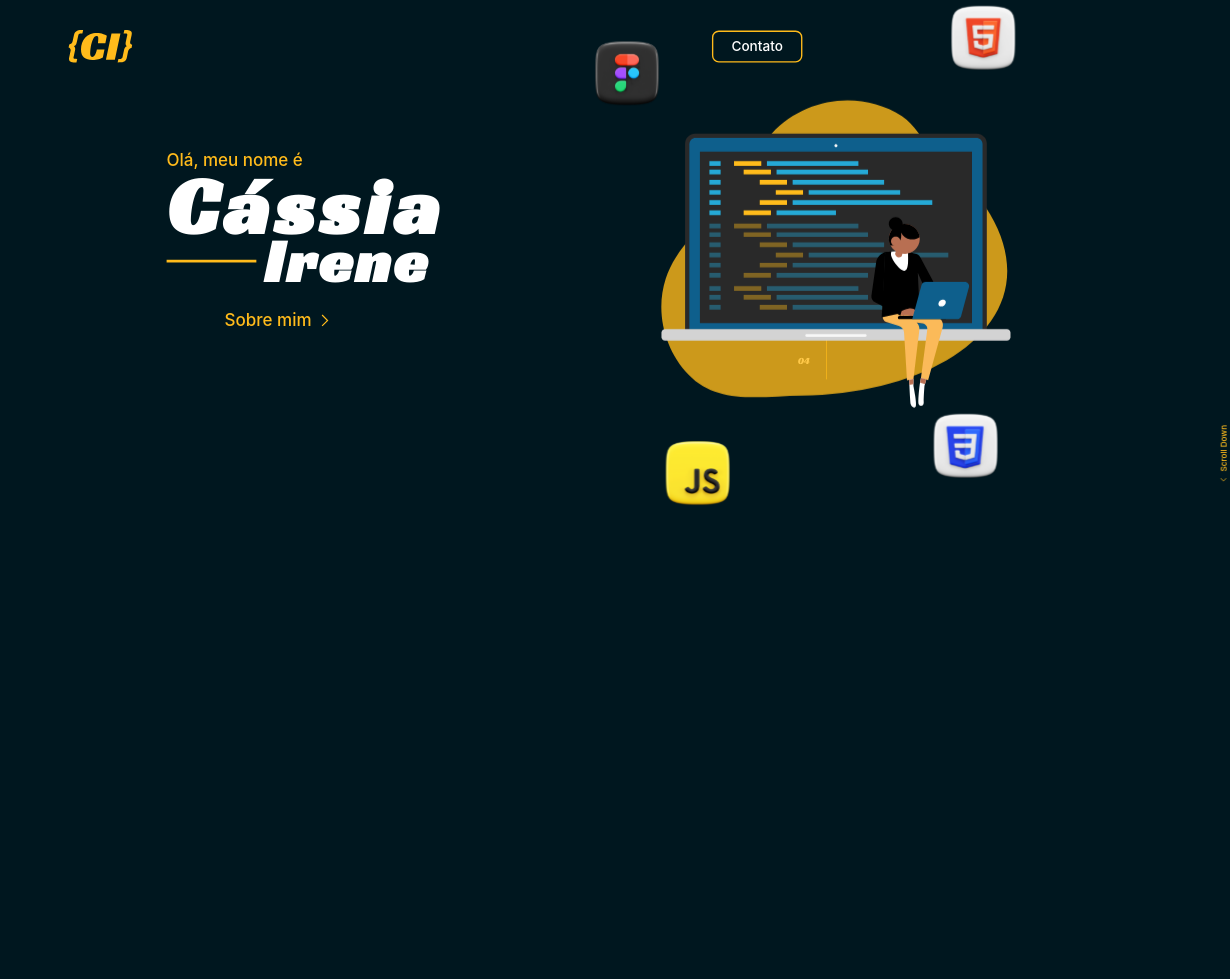
Repository: Cassia-Irene/My-Portfolio
Page: /
An editor plug-in stored every save of this project. The page is shown before and after the next save, followed by the edit.
The browser window is 1280 px wide. The page is 1809 px wide, so the pictures cover 1809 px, including what lies to the right of the window. The pictures show the whole page, at 68% of full size.
The project was rebuilt for these pictures with package versions that can differ from the ones it lists, and the page was loaded fresh each time. Also part of the build but not shown: vite.config.ts.

Above is the page before, as saved 2025-08-03 22:11:46.

After the next save:
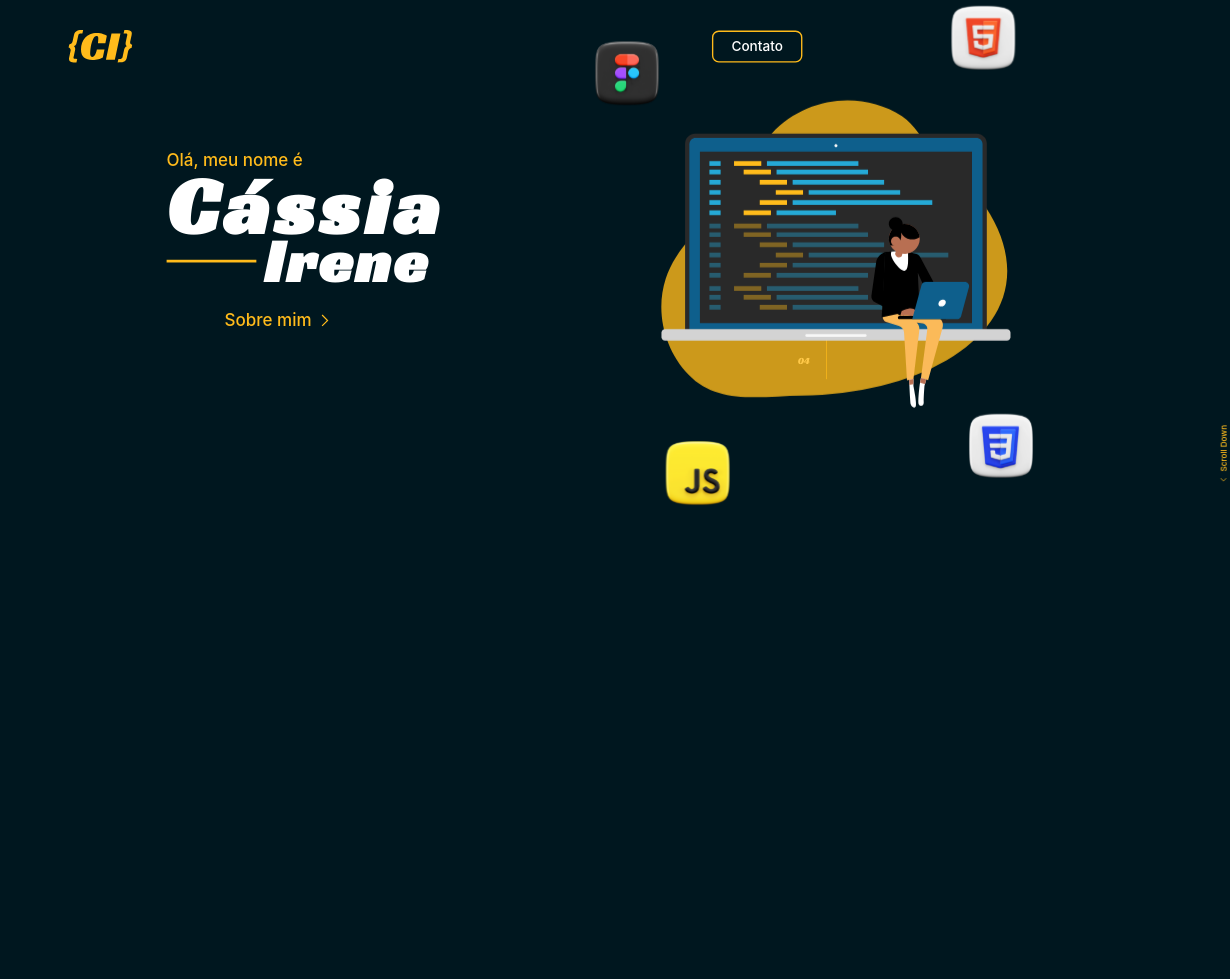
Saved 5 s later.
--- a/src/Hero.tsx
+++ b/src/Hero.tsx
@@ -184,7 +184,7 @@ const Hero = () => {
         <FloatingImg src={img1} top="-22%" left="45%" />
         <FloatingImg src={img2} top="-35%" right="-65%" />
         <FloatingImg src={img3} bottom="-50%" left="65%" />
-        <FloatingImg src={img4} bottom="-40%" right="-60%" />
+        <FloatingImg src={img4} bottom="-40%" right="-70%" />
       </Right>
 
       {/* Scroll Down */}
